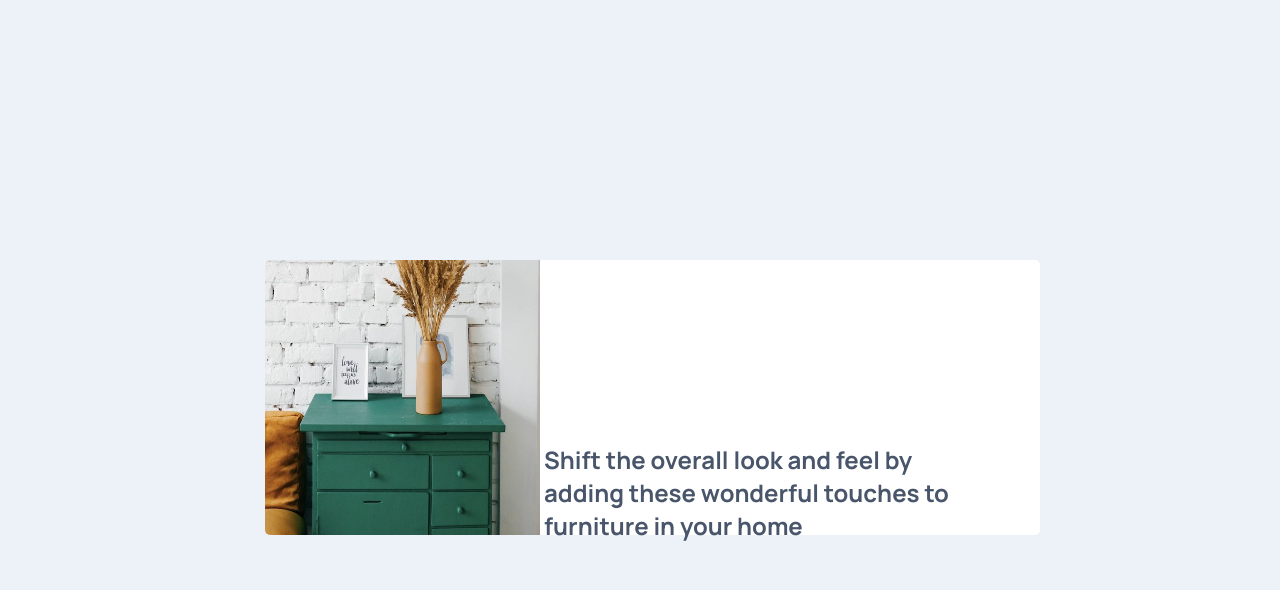
Repository: ricky603/training-css
Page: article-preview-component-master/index.html
These files come from the project's save history. The page is drawn as it stood at one moment and after the next save; the edit follows.
The browser window is 1280 px wide. The pictures show the whole page.

Above is the page before, as saved 2020-09-09 08:39:11.

After the next save:
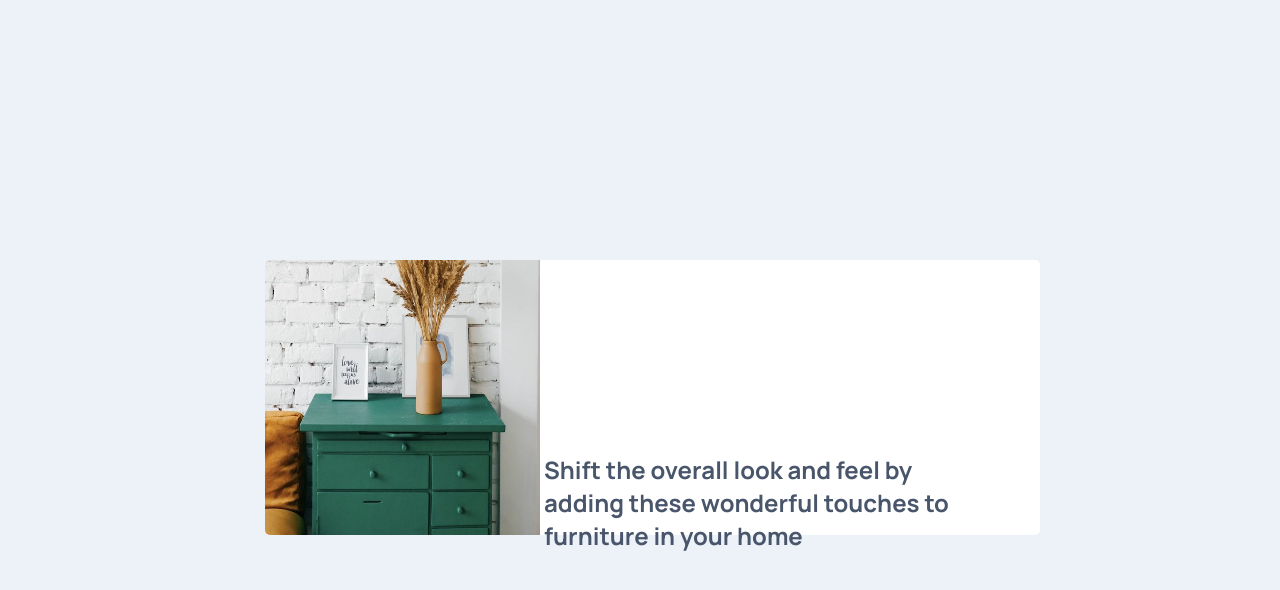
Saved 16 s later.
--- a/article-preview-component-master/styles.css
+++ b/article-preview-component-master/styles.css
@@ -13,6 +13,7 @@ h2 {
 
 .post {
     position: relative;
+    top: 10px;
     width: 57%;
     display: inline-block;
 }
